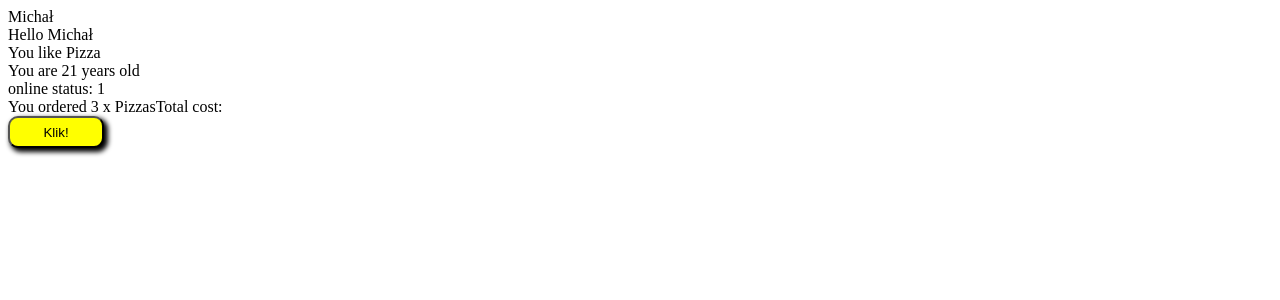
Repository: Nowacki97PL/PHPyt
Page: http://localhost/
These files come from the project's save history. The page is drawn as it stood at one moment and after the next save; the edit follows.
The browser window is 1280 px wide. The pictures show the whole page.
The page is run by PHP 8.4 with error messages shown; the project is at /var/www/html/.

Above is the page before, as saved 2024-10-06 21:29:15.

After the next save:
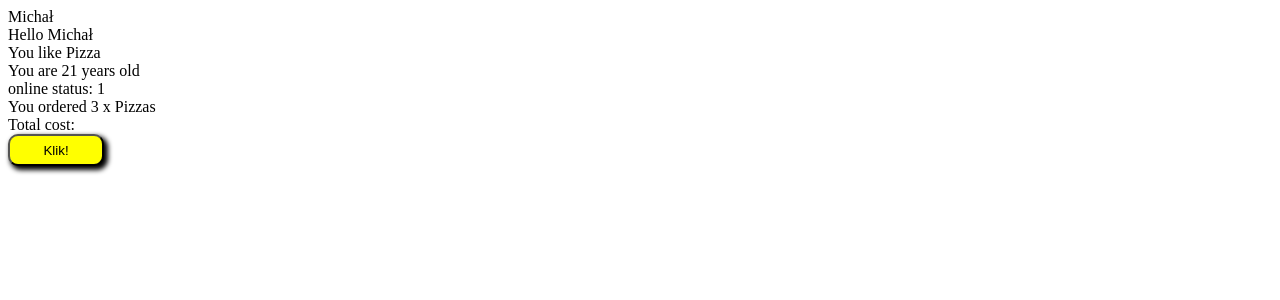
Saved 9 s later.
--- a/index.php
+++ b/index.php
@@ -17,7 +17,7 @@ echo "<br>online status: $online <br>";
 
 echo "You ordered 3 x {$food}s";
 
-echo "Total cost:"
+echo "<br>Total cost:"
 ?>
 
 <!DOCTYPE html>
